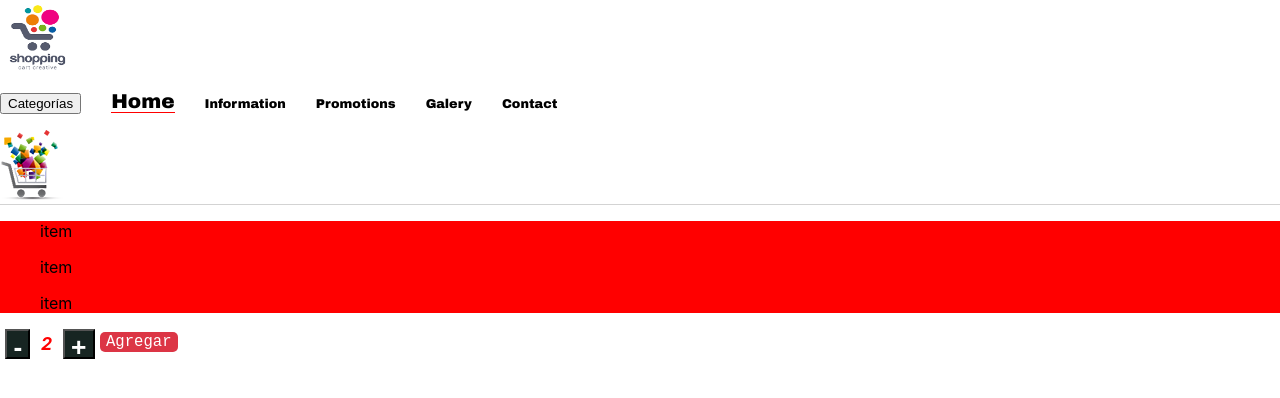
Repository: gustavomanuelquintana/CoderRepository
Page: / (app in cards-commers/)
The author's editor kept a copy of each file at every save. The page is drawn from the files as they stood at one save, then again after the next save.
The browser window is 1280 px wide. The pictures show the whole page.
The project was rebuilt for these pictures with package versions that can differ from the ones it lists, and the page was loaded fresh each time. Also part of the build but not shown: cards-commers/src/Components/ItemListContainer/ItemList/ItemList.css.

Above is the page before, as saved 2020-10-31 11:07:53.

### cards-commers/src/App.js
import React from "react";
import NavBar from "./Components/NavBar/NavBar";
import ItemListContainer from "./Components/ItemListContainer/ItemListContainer";
import ItemCount from "./Components/ItemCount/ItemCount";

function App() {
  let stock= 14;
  const handleAdd = (counter) => {
    return ({stock}) => {
      if (stock <=0){
        alert('No hay stock')
      }else {
        alert(`Se van agregar ${counter} articulos`)
      }
    }
  }

  return (
    <div className="App">
        <NavBar />
        <ItemListContainer titulo='Aquí van los Items'/>
        <ItemCount onAdd={handleAdd}  stock={stock} initial={2} />
    </div>
  );
}

export default App;

### cards-commers/src/Components/NavBar/NavBar.js
import React from "react";
import ImageNavBar from "../../Images/cards-logo.png";
import CartWidget from "../CartWidget/CartWidget";
import Dropdown from "react-bootstrap/Dropdown";
import "./NavBar.css";

const styleFont = {
  fontSize: 20,
  borderBottom: "1px solid red",
};

function NavBar() {
  return (
    <div className=" col-12">
      <div className="header-navBar col-12">
        <div className="row col-12">
          <div className="Logo-navBar col-1">
            <a href="index.html">
            <img src={ImageNavBar} alt="logo" width="75" height="70" />
            </a>
          </div>
          <div className="Links-navBar col-10 mt-3">
            <ul className="List-navBar">
              <li>
                <Dropdown>
                  <Dropdown.Toggle  variant="danger" id="dropdown-basic">
                    Categorías
                  </Dropdown.Toggle>

                  <Dropdown.Menu>
                    <Dropdown.Item   href="#/action-1">
                      Deportes / Fitness
                    </Dropdown.Item>
                    <Dropdown.Item href="#/action-2">
                      Hogar / Electrodomésticos
                    </Dropdown.Item>
                    <Dropdown.Item href="#/action-3">Vehículos</Dropdown.Item>
                  </Dropdown.Menu>
                </Dropdown>
              </li>
              <li>
                <a style={styleFont} href="#">
                  Home
                </a>
              </li>
              <li>
                <a href="#">Information</a>
              </li>
              <li>
                <a href="#">Promotions </a>
              </li>
              <li>
                <a href="#">Galery</a>
              </li>
              <li>
                <a href="#">Contact</a>
              </li>
            </ul>
          </div>
          <div className="carrito-navBar col-1">
            <CartWidget />
          </div>
        </div>
      </div>
    </div>
  );
}

export default NavBar;

### cards-commers/src/Components/ItemListContainer/ItemListContainer.js
import React, {useState, useEffect} from 'react';
import './ItemListContainer.css';
import ItemList from './ItemList/ItemList';

const getList = () => {
    return new Promise( (res) => {
        let products;
        res(
            products = ["nike", "Airmax", "Running fast"]
        )
    });
}


function ItemListContainer({titulo}){
    const [itemList, setItemList] = useState([]);

    // Use effect
    useEffect( () => {
        getList().then( mercaderia => {
           setItemList(mercaderia);
        });
    },[]); // End useEffect

    return (
        <div className="container">
        <ItemList items={itemList} />
        </div>
    );
}



export default ItemListContainer;

### cards-commers/src/Components/ItemCount/ItemCount.js
import React, {useState} from 'react';
import ButtonsCount from './ButtonsCount/ButtonsCount';
import ViewCount from './ViewCount/ViewCount';
import AgregarCount from './AgregarCount/AgregarCount';


    const styleContain={
        backgroundColor:"white",
        display:"flex",
    }
    const styleBox = {
        color:"red",
        fontWeight:"bold",
        fontSize:"1.1em",
        lineHeight:"18px",
        display:"flex",
        justifyContent:"center",
        width:"100px",
        height:"30px",
    }
    const boxAdd ={
        fontWeight: "bold",
        fontSize: "1em",
        color: "red",
    }
    export default function ItemCount({onAdd,stock,initial}) {
        let [counter, counterState] = useState(initial);

    const onClickButton = (amount) => {
        return () => {
            let total = (amount < 0) ? 0 : amount;
            let limiter = (total > stock) ? stock: total;
            counterState(limiter);

        }
    }

    let props = {counter, counterState}

    return (
        <div className="section-car" style={styleContain}>
        <div className="box-count" style={styleBox}>
            <ButtonsCount suma={false} onClick={onClickButton} {...props} />
             <ViewCount value={counter}/>
             <ButtonsCount suma={true} onClick={onClickButton}  {...props}/>
        </div>

        <div  className="box-add" style={boxAdd}> <AgregarCount onAdd= {onAdd} {...{counter}}/> </div>
        </div>
        );
}

### cards-commers/src/Components/CartWidget/CartWidget.js
import React from 'react';
import ImageCarrito from "../../Images/carrito-img.png";

function CartWidget(){
    return (
        <a href="#">
         <img src={ImageCarrito}/>
        </a>
    )
}

export default CartWidget;

### cards-commers/src/Components/NavBar/NavBar.css
img {
  max-width: 100%;
}
.header-navBar {
  background-color: white;
  display: flex;
  width: 100%;
  border-bottom: 1px solid lightgrey;
}

.Logo-navBar img {
  max-height: 8em;
  max-width: 8em;
}
.Links-navBar ul li {
  display: inline-block;
  margin-right: 35px;
  margin: 0 70px 0 -40px;
}
.Links-navBar ul li a {
  color: black;
  font-family: Arial Black;
  font-size: 0.8em;
  font-weight: bold;
  text-decoration: none;
}

### cards-commers/src/Components/ItemListContainer/ItemListContainer.css
.container{
    width:100%;
    max-height:100vh;
    background-color:red;
}

### cards-commers/src/Components/ItemListContainer/ItemList/ItemList.js
import React, {useState, useEffect} from 'react';
import './ItemList.css';




function ItemList({items}){
    return items.map( (item) => <ul>item</ul>)
}


export default ItemList;

### cards-commers/src/Components/ItemCount/ButtonsCount/ButtonsCount.js
import React from "react";
const styleButton = {
    fontWeight: "bold",
    fontSize:"1.5em",
    background: "#172522",
    color: "white",
    margin:"0 auto",
    height:"100%",
}

export default function ButtonsCount({suma,onClick,counter,counterState}) {

    let signo = suma ? '+' : '-';

    let amount = suma ? (counter + 1) : (counter - 1);

  return ( <button onClick={onClick(amount)} style={styleButton}>{signo}</button> )
}

### cards-commers/src/Components/ItemCount/ViewCount/ViewCount.js
import React from 'react';

const countnumber = {
    margin:"0.35em auto",
    fontStyle:"italic",

}

export default function ViewCount({value}){

    return(
        <div style={countnumber} className="countNumber">{value}</div>
    )
}

### cards-commers/src/Components/ItemCount/AgregarCount/AgregarCount.js
import React from 'react';

const agregarcount = {
    borderRadius:"5px",
    border:"none",
    margin:"0.2em auto",
    background:"#dc3545",
    color:"white",
    fontFamily:"monospace",
    fontSize:"1.2em",
}
export default function AgregarCount({onAdd, counter}){

    const agregarCount = () =>{};

    return(
        <div>
            <button style={agregarcount} onClick={onAdd(counter)}>Agregar</button>
        </div>
    )
}

Loaded but not shown: cards-commers/public/index.html (common file); cards-commers/src/index.js (common file); cards-commers/src/index.css (common file); cards-commers/src/serviceWorker.js (common file)

After the next save:
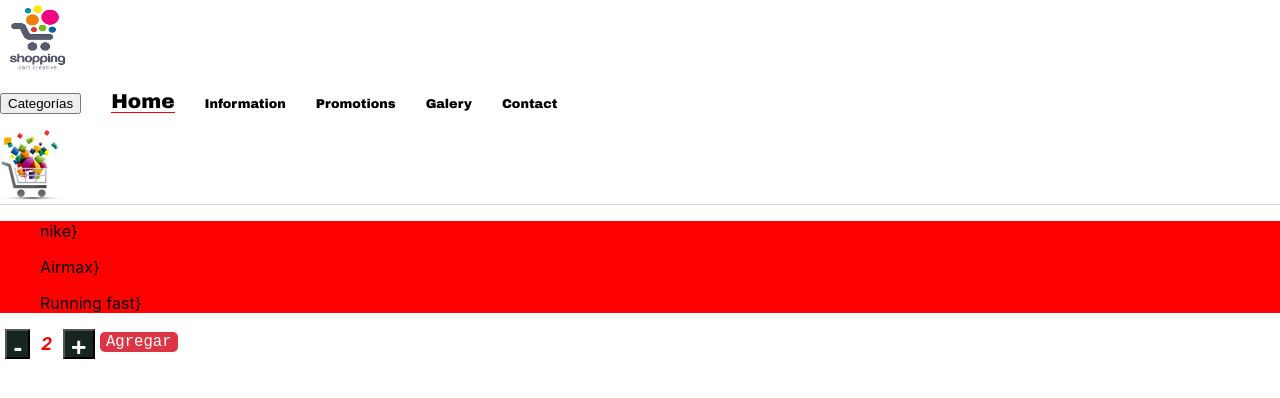
Saved 12 s later.
--- a/cards-commers/src/Components/ItemListContainer/ItemList/ItemList.js
+++ b/cards-commers/src/Components/ItemListContainer/ItemList/ItemList.js
@@ -5,7 +5,7 @@ import './ItemList.css';
 
 
 function ItemList({items}){
-    return items.map( (item) => <ul>item</ul>)
+return items.map( (item) => <ul>{item}}</ul>)
 }
 
 
